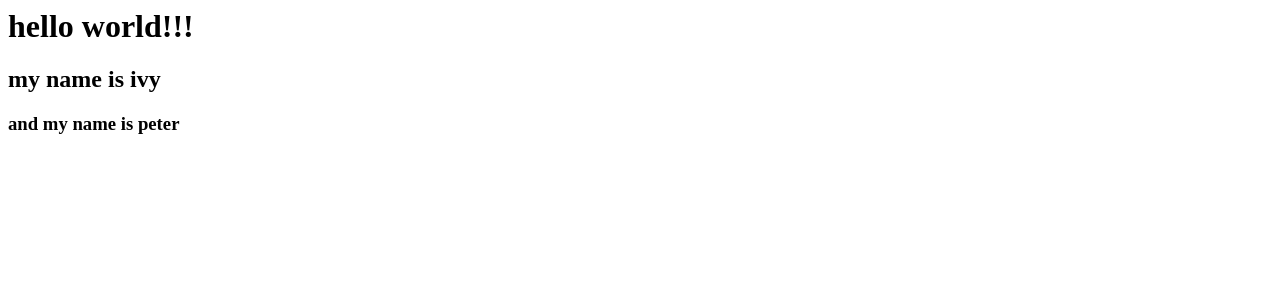
Repository: ivyexo/ivy
Page: index.html
An editor plug-in stored every save of this project. The page is shown before and after the next save, followed by the edit.
The browser window is 1280 px wide. The pictures show the whole page.

Above is the page before, as saved 2023-02-02 17:48:14.

### index.html
<h1>hello world!!!</h1>
<h2>my name is ivy</h2>
<h3>and my name is peter</h3>

After the next save:
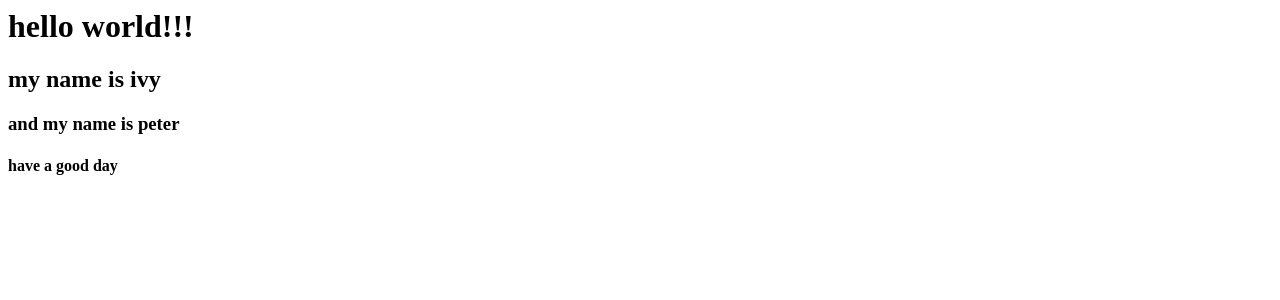
Saved 90 s later.
--- a/index.html
+++ b/index.html
@@ -1,3 +1,4 @@
 <h1>hello world!!!</h1>
 <h2>my name is ivy</h2>
 <h3>and my name is peter</h3>
+<h4>have a good day</h4>
